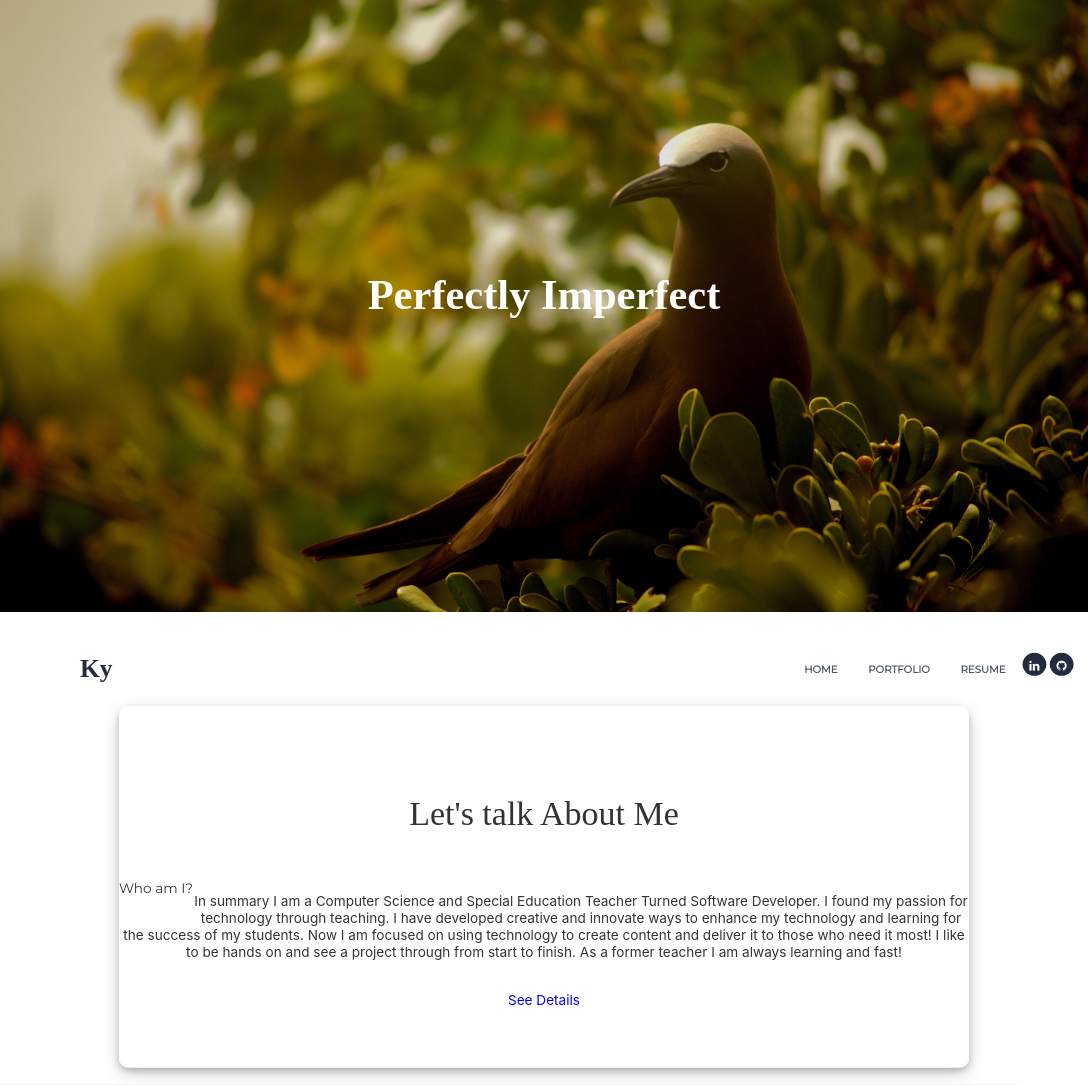
Repository: kkyler24/Perfectly-Imperfect
Page: / (app in imperfect/)
The author's editor kept a copy of each file at every save. The page is drawn from the files as they stood at one save, then again after the next save.
The browser window is 1280 px wide. The pictures show the whole page, at 85% of full size.
Backgrounds fixed to the window are drawn as part of the page. Some web fonts or font styles are not loaded; a fallback is used. The project was rebuilt for these pictures with package versions that can differ from the ones it lists, and the page was loaded fresh each time.

Above is the page before, as saved 2020-08-06 13:50:00.

### imperfect/public/index.html
<!DOCTYPE html>
<html lang="en">
  <head>
    <meta charset="utf-8" />
    <link rel="icon" href="%PUBLIC_URL%/favicon.ico" />
    <meta name="viewport" content="width=device-width, initial-scale=1" />
    <meta name="theme-color" content="#000000" />
    <meta
      name="description"
      content="Web site created using create-react-app"
    />
    <link
      rel="stylesheet"
      href="https://cdnjs.cloudflare.com/ajax/libs/font-awesome/4.7.0/css/font-awesome.min.css"
    />

    <link
      href="https://fonts.googleapis.com/css2?family=Montserrat&family=Petit+Formal+Script&display=swap"
      rel="stylesheet"
    />

    <title>React App</title>
  </head>
  <body>
    <noscript>You need to enable JavaScript to run this app.</noscript>
    <div id="root"></div>
  </body>
</html>

### imperfect/src/App.js
import React from "react";
import logo from "./logo.svg";
import "./App.css";
import Nav from "./Components/navbarComponent/navbar.js";
import PGHeader from "./Components/Headerindex/header.js";
import AboutMe from "./Components/aboutMeIndex/aboutme.js";

function App() {
  return (
    <div className="App">
      <PGHeader />
      {/* <Nav /> */}
      <AboutMe />
    </div>
  );
}

export default App;

### imperfect/src/App.css
body {
  color: #66615b;
  font-size: 16px;
  box-sizing: border-box;
  display: block;
}

### imperfect/src/Components/navbarComponent/navbar.js
import React from "react";
import "./navbar.css";

function NavBar() {
  return (
    <div>
      <nav
        color-on-scroll="300"
        class="fixed-bottom  navbar-transparent navbar navbar-expand-lg"
      >
        <div class="container-fluid">
          <div class="navbar-translate">
            <a
              id="Kytitle"
              data-placement="bottom"
              target="_blank"
              title="Coded by Creative Tim"
              class="navbar-brand"
              href="#/index"
            >
              Ky
            </a>
            <button aria-expanded="false" class="navbar-toggler navbar-toggler">
              <span class="navbar-toggler-bar bar1"></span>
              <span class="navbar-toggler-bar bar2"></span>
              <span class="navbar-toggler-bar bar3"></span>
            </button>
          </div>
          <div class="justify-content-end collapse navbar-collapse">
            <ul class="navbar-nav">
              <li class="nav-item">
                <a
                  data-placement="bottom"
                  href="https://www.linkedIn"
                  target="_blank"
                  title="Let's connect on LinkedIn"
                  class="nav-link"
                >
                  {/* <i class="fa fa-linkedIn"></i> */}
                </a>
              </li>

              <li class="nav-item">
                <a
                  data-placement="bottom"
                  href="#"
                  target="_blank"
                  title="Follow us on Twitter"
                >
                  {/* <i class="fa fa-twitter"></i> */}
                  <p class="d-lg-none"></p>
                </a>
                <li class="nav-item mr-2rem">
                  <a data-placement="bottom" href="#" target="_blank">
                    {/* <i class="fa fa-github"></i> */}
                    <p class="d-lg-none"></p>
                  </a>
                </li>
              </li>
              <li class="nav-item">
                <a class="nav-link" href="#/index">
                  <i class="nc-icon nc-layout-11"></i> Home
                </a>
              </li>
              <li class="nav-item">
                <a class="nav-link" href="#/index">
                  <i class="nc-icon nc-layout-11"></i> Portfolio
                </a>
              </li>
              <li class="nav-item">
                <a target="_blank" class="nav-link" href="#/documentation">
                  <i class="nc-icon nc-book-bookmark"></i> Resume
                </a>
              </li>
              <li class="nav-item">
                <a
                  href="https://www.linkedin.com/in/ky-kyler-a723b932/"
                  target="_blank"
                  class="fa fa-linkedin"
                ></a>
              </li>
              <li class="nav-item">
                <a
                  data-placement="bottom"
                  href="https://github.com/kkyler24"
                  target="_blank"
                  title="Star on GitHub"
                  class="fa fa-github"
                >
                  {/* <i class="fa fa-github"></i> */}
                  <p class="d-lg-none"></p>
                </a>
              </li>
            </ul>
          </div>
        </div>
      </nav>
    </div>
  );
}
export default NavBar;

### imperfect/src/Components/Headerindex/header.js
import React from "react";
import "./Indexheader.css";
import Navbar from "../navbarComponent/navbar.js";

function PageHeader(props) {
  return (
    <div>
      <div id="background" className="page-header" data-parallax="true">
        <div className="filter"></div>
        <div className="headerContainer">
          <div className="motto text-center">
            <h1 id="JumboHeaderTitle">Perfectly Imperfect</h1>
            <br />
          </div>
        </div>
      </div>
      <Navbar />
    </div>
  );
}
export default PageHeader;

### imperfect/src/Components/aboutMeIndex/aboutme.js
import React from "react";
import "./aboutme.css";

function Aboutme() {
  return (
    <div className=" card aboutMain">
      <div className="sectionAB text-center">
        <div className="ABccontainer">
          <div class="row">
            <div class="ml-auto mr-auto col-md-8">
              <h2 class="titleAB">Let's talk About Me</h2>
              <h4 class="descriptionAB"> Who am I?</h4>
              <br />
              <p>
                In summary I am a Computer Science and Special Education Teacher
                Turned Software Developer. I found my passion for technology
                through teaching. I have developed creative and innovate ways to
                enhance my technology and learning for the success of my
                students. Now I am focused on using technology to create content
                and deliver it to those who need it most! I like to be hands on
                and see a project through from start to finish. As a former
                teacher I am always learning and fast!
              </p>
              <br />
              <a href="#pablo" class="btn-round btn btn-info">
                See Details
              </a>
            </div>
          </div>
        </div>
      </div>
    </div>
  );
}
export default Aboutme;

### imperfect/src/Components/navbarComponent/navbar.css
/* navbar */
#Kytitle {
  font-family: "Petit Formal Script", cursive;
  font-size: 30px;
  color: #222b3f;
  border-bottom: solid 2px rgb(255, 255, 255);
  text-transform: capitalize;
}

.navbar.navbar-transparent {
  background: transparent !important;
  padding-top: 25px;
  box-shadow: none;
}

.navbar .navbar-brand {
  font-weight: 600;
  margin: 5px 0;
  padding: 20px 15px;
  font-size: 14px;
  text-transform: uppercase;
}

.navbar-nav {
  display: flex;
  flex-direction: column;
  padding-left: 0;
  margin-bottom: 0;
  list-style: none;
}
.navbar-brand {
  display: inline-block;
  padding-top: 0.3125rem;
  padding-bottom: 0.3125rem;
  margin-right: 1rem;
  font-size: 1.25rem;
  line-height: inherit;
  white-space: nowrap;
}

.navbar {
  border: 0;
  font-size: 14px;
  padding: 0;
  font-family: "Montserrat", "Helvetica", Arial, sans-serif;
  font-weight: 300;
  align-items: center;
  display: flex;
}
.navbar > .container-fluid {
  display: flex;
  flex-wrap: wrap;
  align-items: center;
  justify-content: space-between;
}

.nav-link {
  display: block;
}

.navbar-toggler {
  padding: 0.25rem 0.75rem;
  font-size: 1.25rem;
  line-height: 1;
  background-color: transparent;
  border: 1px solid transparent;
  border-radius: 0.25rem;
}
button {
  text-transform: none;
  overflow: hidden;
  -webkit-font-smoothing: antialiased;
  font-family: "Montserrat", "Helvetica", Arial, sans-serif;
  font-weight: 300;
  margin: 0;
  text-rendering: auto;
  /* color: -internal-light-dark(buttontext, rgb(170, 170, 170)); */
  letter-spacing: normal;
  word-spacing: normal;
  text-indent: 0px;
  text-shadow: none;
  display: inline-block;
  text-align: center;
  align-items: flex-start;
  font: 400 13.3333px Arial;
}
.navbar .navbar-toggler .navbar-toggler-bar {
  display: block;
  position: relative;
  width: 24px;
  height: 2px;
  border-radius: 1px;
  margin: 0 auto;
}

.navbar.navbar-transparent .navbar-toggler .navbar-toggler-bar {
  background: #222b3f !important;
}

.navbar-transparent .navbar-nav .nav-item .nav-link:not(.btn) {
  color: #222b3f;
  border-color: #222b3f;
}

.navbar .navbar-toggler .navbar-toggler-bar + .navbar-toggler-bar {
  margin-top: 4px;
}

.navbar .navbar-nav .nav-item .nav-link {
  line-height: 1.6;
  margin: 15px 3px;
  padding: 10px 15px;
  opacity: 0.8;
  font-size: 12px;
  text-transform: uppercase;
  font-weight: 600;
}

.navbar .navbar-nav .nav-item .nav-link p {
  margin: 0;
  text-transform: uppercase;
  font-weight: 600;
  font-size: 12px;
  line-height: 1.5em;
  padding: 15px 0;
  color: #222b3f;
}

button:not(:disabled) {
  cursor: pointer;
}

.container-fluid {
  width: 100%;
  padding-right: 15px;
  padding-left: 15px;
  margin-right: 0%;
  margin-left: 5%;
}

.fixed-top {
  position: fixed;
  right: 0;
  left: 0;
  z-index: 1030;
  /* not needed for fixed bottom */
  top: 0;
}

a {
  text-decoration: none;
  background-color: transparent;
}

.collapse:not(.show) {
  display: none;
}

.justify-content-end,
ul {
  justify-content: flex-end !important;
}

.navbar-collapse {
  flex-basis: 100%;
  flex-grow: 1;
  align-items: center;
}

ul {
  margin-top: 0;
}

.navbar .navbar-nav .nav-item .nav-link [class^="fa"] {
  font-size: 17px;
  position: relative;
  right: 5px;
  color: #222b3f;
}

.fa {
  padding: 8px;
  font-size: 14px;
  height: 11px;
  top: 5px;
  text-align: center;
  text-decoration: none;
  margin: 15px 2px;
  border-radius: 50%;
}

.fa:hover {
  opacity: 0.7;
}

.fa-linkedin {
  background: #222b3f;
  color: white;
}

.fa-github {
  background: #222b3f;
  color: white;
}

:before {
  box-sizing: border-box;
}

.navbar .navbar-collapse .nav-item .nav-link p {
  display: inline;
}

/* media Q navbar */
@media (min-width: 992px) {
  .navbar-expand-lg {
    flex-flow: row nowrap;
    justify-content: flex-start;
  }
  .navbar {
    justify-content: space-between;
  }
}
/* Li */
@media (min-width: 992px) {
  .navbar-expand-lg .navbar-nav {
    flex-direction: row;
  }
}
@media screen and (max-width: 991px) {
  .navbar-collapse ul {
    position: relative;
    z-index: 3;
    height: 95%;
  }
}

@media screen and (max-width: 991px) {
  .navbar-collapse .navbar-nav > .nav-item > .nav-link {
    color: #222b3f !important;
  }
}

@media screen and (max-width: 991px) {
  .navbar-collapse {
    position: fixed;
    display: block !important;
    top: 0;
    width: 230px;
    right: 0;
    z-index: 1032;
    visibility: visible;
    overflow-y: visible;
    border-top: none;
    text-align: left;
    padding-right: 0;
    padding-left: 40px;
    padding-top: 15px;
    transform: translateX(230px);
    transition: all 0.33s cubic-bezier(0.685, 0.0473, 0.346, 1);
  }
}

@media (max-width: 991.98px) {
  .navbar-expand-lg > .container-fluid {
    padding-right: 0;
    padding-left: 0;
  }
}

@media (min-width: 768px) {
  .container-fluid {
    max-width: 720px;
  }
}

@media (min-width: 992px) {
  .container-fluid {
    max-width: 100%;
  }
}

@media screen and (max-width: 991px) {
  .navbar-translate {
    width: 100%;
    position: relative;
    display: flex;
    justify-content: space-between !important;
    align-items: center;
    transform: translateX(0);
    transition: all 0.33s cubic-bezier(0.685, 0.0473, 0.346, 1);
  }
}

@media (min-width: 992px) {
  .navbar-expand-lg .navbar-toggler {
    display: none;
  }
}

@media screen and (max-width: 991px) {
  .navbar-collapse {
    height: 100% !important;
  }
}

@media (min-width: 992px) {
  .navbar-expand-lg .navbar-collapse {
    display: flex !important;
    flex-basis: auto;
  }
}
/*
@media (min-width: 576px) {
  .container-fluid {
    max-width: 540px;
  }
} */

@media (min-width: 992px) {
  .navbar-expand-lg > .container-fluid {
    flex-wrap: nowrap;
  }
}

### imperfect/src/Components/Headerindex/Indexheader.css
#background {
  background-image: url("../../Assets/imgs/brownnoodyGreatbirdisland.jpg");
  background-attachment: fixed;
  background-repeat: no-repeat;
  background-size: cover;
  height: 700px;
}

.page-header {
  background-position: 50%;
  background-size: cover;
  min-height: 100vh;
  max-height: 999px;
  overflow: hidden;
  position: relative;
  width: 100%;
  z-index: 1;
  display: flex;
  align-items: center;
  justify-content: center;
}

.page-header .filter:after {
  background-color: rgba(0, 0, 0, 0.125);
  content: "";
  display: block;
  height: 100%;
  left: 0;
  top: 0;
  position: absolute;
  width: 100%;
  z-index: 1;
}

.page-header .motto {
  z-index: 3;
  color: #fff;
  position: relative;
  width: max-content;
}

.headerContainer {
  font-family: "Petit Formal Script", cursive;
  display: inline-flex;
  width: 100%;
  /* font-weight: 200; */
  padding-right: 15px;
  padding-left: 15px;
  margin-right: auto;
  margin-left: auto;
  font-size: 50px;
  justify-content: center;
}

.text-center {
  text-align: center !important;
}
div {
  display: block;
}

h1 {
  display: block;
  font-size: 2em;
  margin-block-start: 0.67em;
  margin-block-end: 0.67em;
  margin-inline-start: 0px;
  margin-inline-end: 0px;
  font-weight: bold;
}
@media (max-width: 450px) and (min-width: 280px) {
  #JumboHeaderTitle {
    width: 300px;
    margin: auto;
    font-size: 20px;
    text-align: center;
  }
  #background {
    width: 450px !important;
  }
}
/*
@media (max-width: 570px) and (min-width: 280px) {
  #JumboHeaderTitle {
    width: 400px;
    margin: auto;
    font-size: 20px;
    text-align: center;
  }
} */

/* media Q */
@media (min-width: 992px) {
  .headerContainer {
    max-width: 960px;
  }
}

@media (min-width: 768px) {
  .headerContainer {
    max-width: 720px;
  }
}

@media (min-width: 576px) {
  .headerContainer {
    max-width: 540px;
    font-size: 25px;
  }
}

@media (max-width: 576px) {
  .headerContainer {
    display: flex;
    flex-wrap: wrap;
    max-width: 540px !important;
    font-size: 20px;
    text-align: center;
  }
}

### imperfect/src/Components/aboutMeIndex/aboutme.css
.aboutMain .section:first-of-type {
  position: relative;
  z-index: 3;
  position: relative;
  background: #ffffff;
  margin: -60px 30px 0px;
  box-shadow: 0 16px 24px 2px rgba(0, 0, 0, 0.14),
    0 6px 30px 5px rgba(0, 0, 0, 0.12), 0 8px 10px -5px rgba(0, 0, 0, 0.2);
  border-radius: 6px;
  padding: 70px 0;
}

.card,
.aboutMain {
  width: 700px;
  border-radius: 12px;
  box-shadow: 0 4px 8px 0 rgba(0, 0, 0, 0.2), 0 6px 20px 0 rgba(0, 0, 0, 0.19);
  text-align: center;
  background-color: #fff;
  color: #333;
  margin-bottom: 20px;
  position: relative;
  z-index: 3;
  border: 0;
  transition: transform 0.3s cubic-bezier(0.34, 2, 0.6, 1), box-shadow 0.2s ease;
  display: flex;
  flex-direction: column;
  min-width: 0;
  background-clip: border-box;
  /* border: 1px solid rgba(0, 0, 0, 0.25); */
  /* border-radius: 20px; */
  margin-left: auto;
  margin-right: auto;
}

.sectionAB {
  padding: 70px 0;
  background-color: #fff;
  border-radius: 10px;
}

.text-center {
  text-align: center !important;
}

.titleAB {
  font-family: "Petit Formal Script", cursive;
  font-weight: lighter;
  font-size: 40px;
}

.descriptionAB {
  font-family: "Montserrat", sans-serif;
  font-weight: lighter;
  float: left;
  text-align: center;
}

.ABcontainer {
  width: 100%;
  margin-right: auto;
  margin-left: auto;
}

row {
  display: flex;
  flex-wrap: wrap;
  margin-right: -15px;
  margin-left: -15px;
}

@media (min-width: 768px) {
  .ABcontainer {
    max-width: 720px;
  }
}

@media (max-width: 992px) {
  .sectionAB {
    max-width: 700px;
  }
}

@media (min-width: 992px) {
  .sectionAB,
  .aboutMain {
    width: 1000px;
  }
}

Loaded but not shown: imperfect/src/index.js (common file); imperfect/src/index.css (common file); imperfect/src/serviceWorker.js (common file)

After the next save:
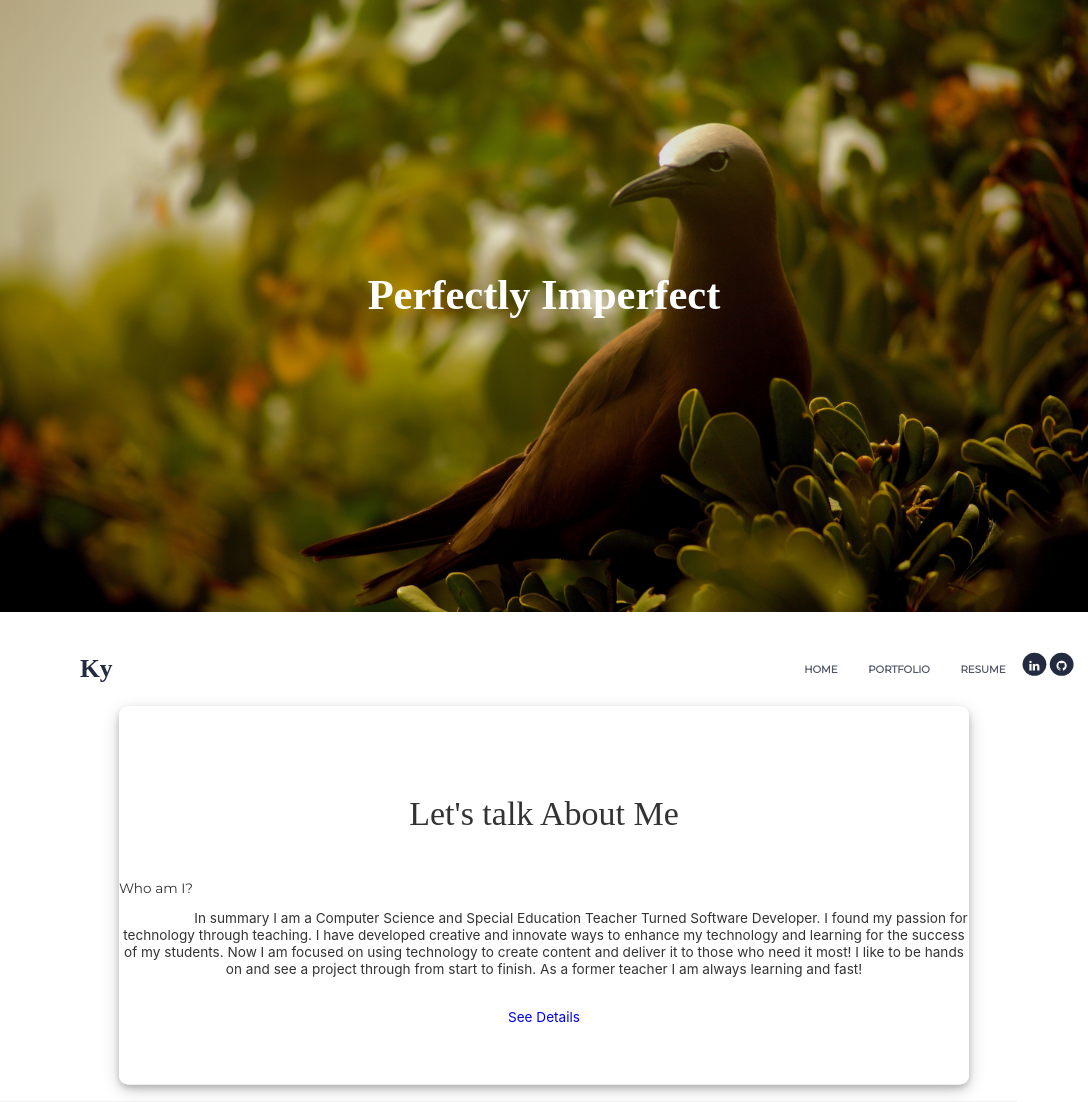
Saved 32 s later.
--- a/imperfect/src/Components/aboutMeIndex/aboutme.js
+++ b/imperfect/src/Components/aboutMeIndex/aboutme.js
@@ -10,7 +10,7 @@
             <div class="ml-auto mr-auto col-md-8">
               <h2 class="titleAB">Let's talk About Me</h2>
               <h4 class="descriptionAB"> Who am I?</h4>
-              <br />
+              <br /> <br />
               <p>
                 In summary I am a Computer Science and Special Education Teacher
                 Turned Software Developer. I found my passion for technology

After the save that followed:
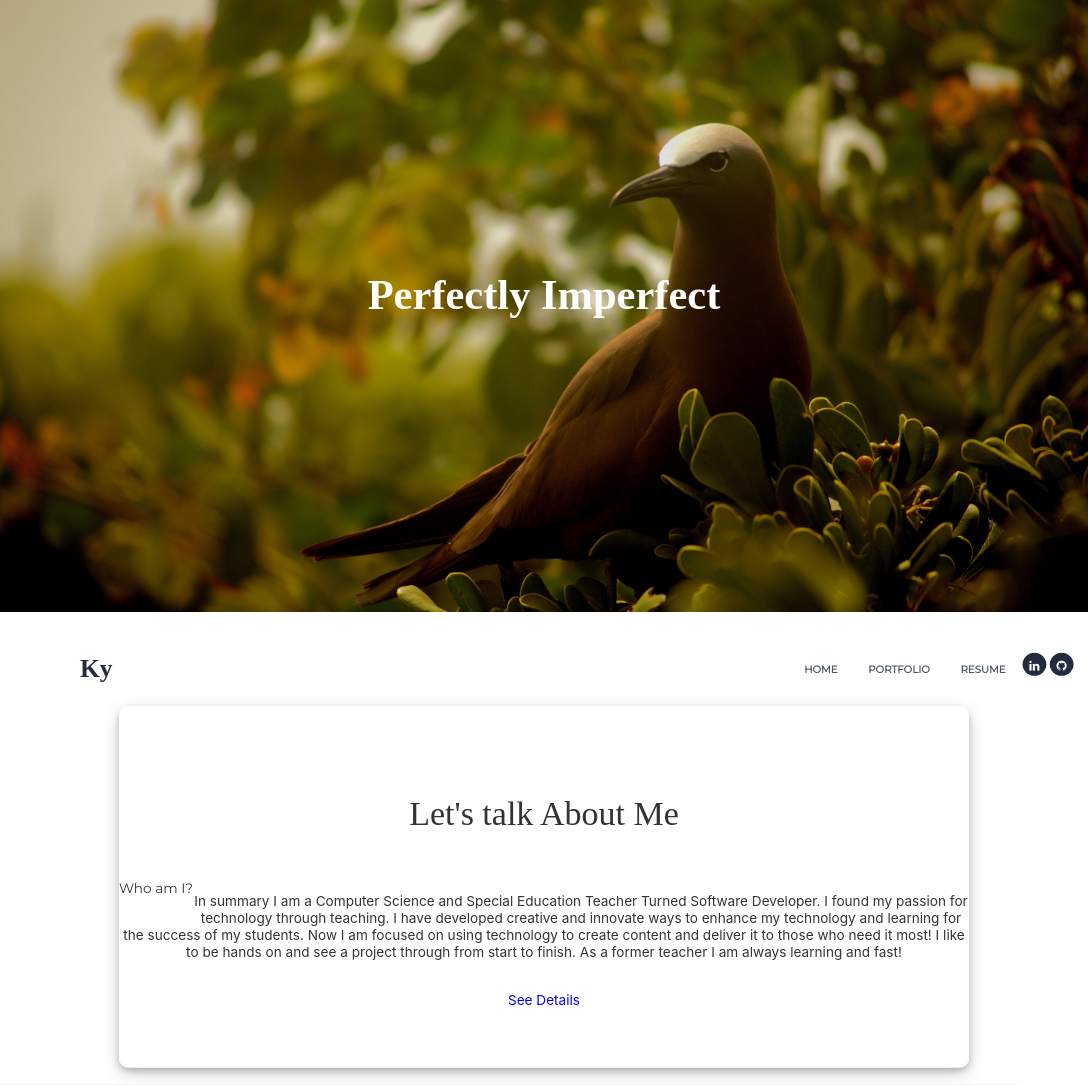
Saved 15 s later.
--- a/imperfect/src/Components/aboutMeIndex/aboutme.js
+++ b/imperfect/src/Components/aboutMeIndex/aboutme.js
@@ -10,7 +10,7 @@
             <div class="ml-auto mr-auto col-md-8">
               <h2 class="titleAB">Let's talk About Me</h2>
               <h4 class="descriptionAB"> Who am I?</h4>
-              <br /> <br />
+              <br />
               <p>
                 In summary I am a Computer Science and Special Education Teacher
                 Turned Software Developer. I found my passion for technology
